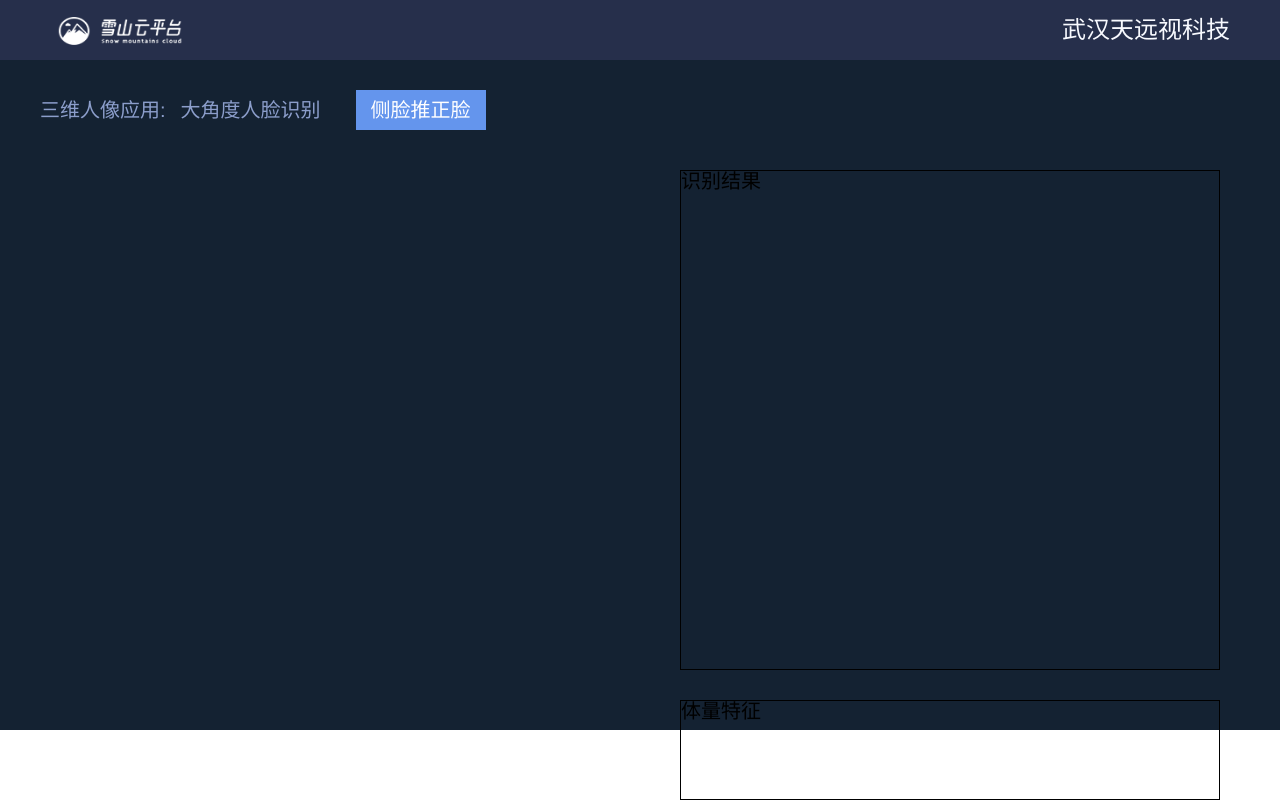
Repository: fyt2020/pubilcDemlo
Page: /#/face
An editor plug-in stored every save of this project. The page is shown before and after the next save, followed by the edit.
The browser window is 1280 px wide. The pictures show the whole page.
The project was rebuilt for these pictures with package versions that can differ from the ones it lists, and the page was loaded fresh each time.

Above is the page before, as saved 2020-04-28 10:32:03.

After the next save:
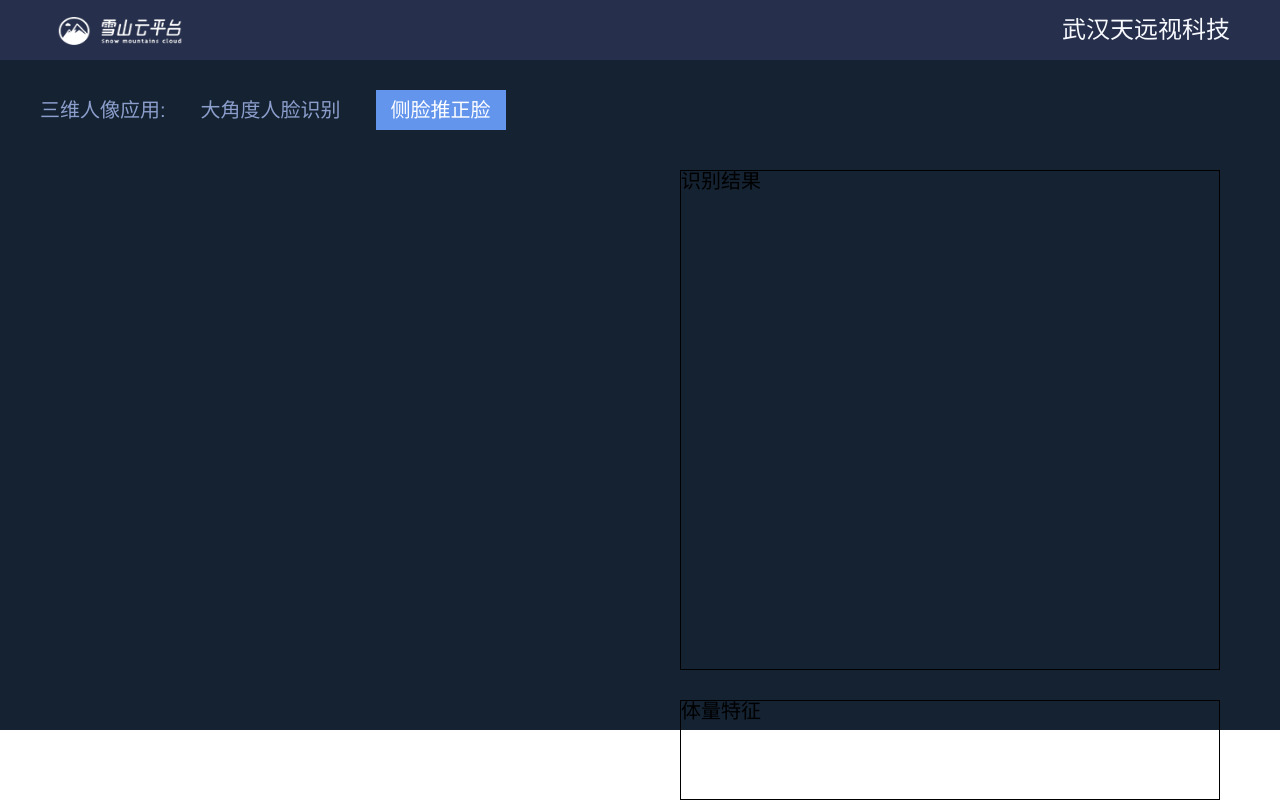
Saved 2 s later.
--- a/src/pages/Home.vue
+++ b/src/pages/Home.vue
@@ -10,7 +10,7 @@
            </div>
       </div>
       <div class="navigation">
-            <span>三维人像应用:</span>
+            <span class="navigation__title">三维人像应用:</span>
             <router-link tag="li" :to="{name:'bigAngle'}" class="navigation__item">大角度人脸识别</router-link>
             <router-link tag="li" :to="{name:'face',params:{id:'self'}}" class="navigation__item">侧脸推正脸</router-link>
       </div>
